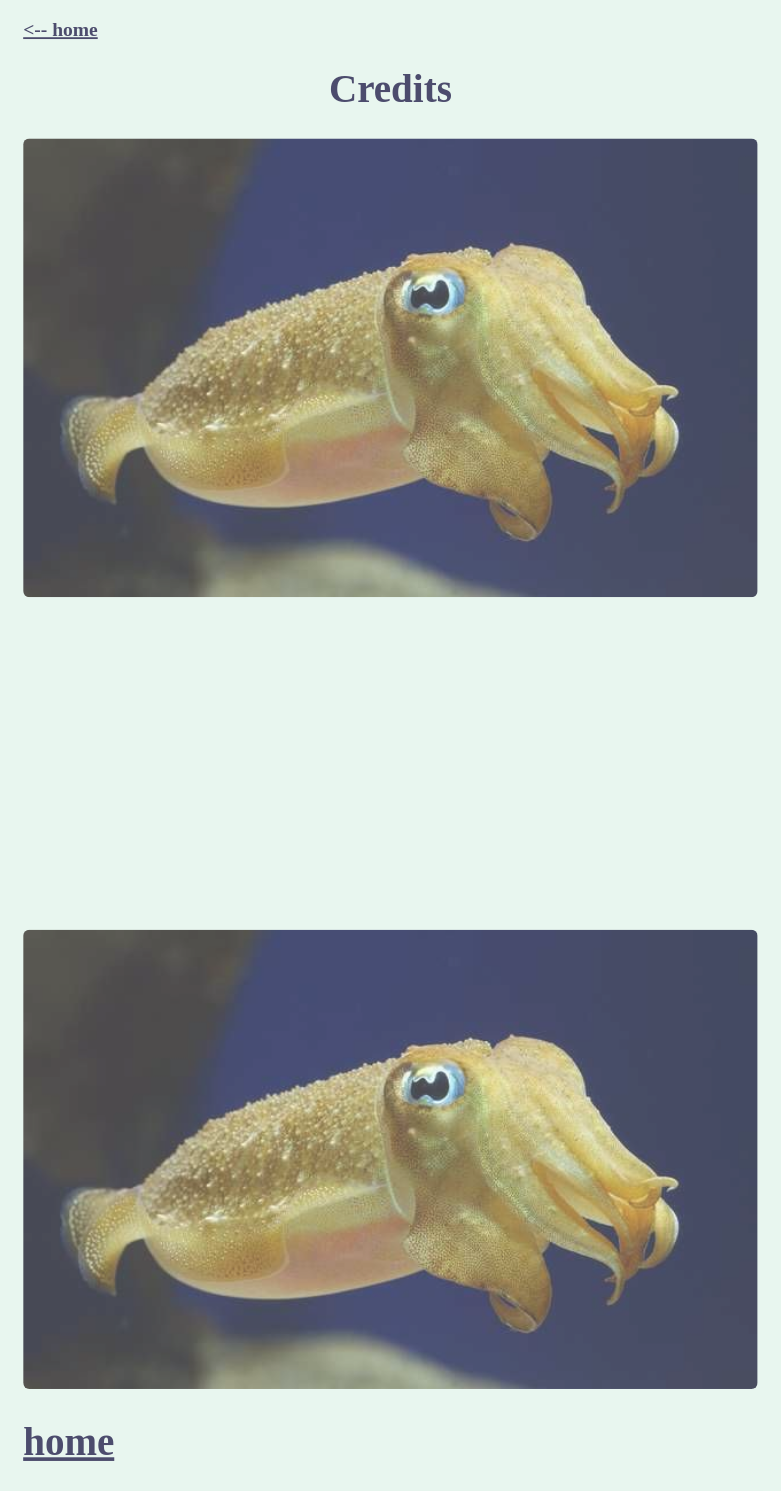
Repository: neomort/comm-lab-vid-site
Page: links.html
The author's editor kept a copy of each file at every save. The page is drawn from the files as they stood at one save, then again after the next save.
The browser window is 1280 px wide. The pictures show the whole page, at 61% of full size.

Above is the page before, as saved 2021-09-23 16:33:49.

After the next save:
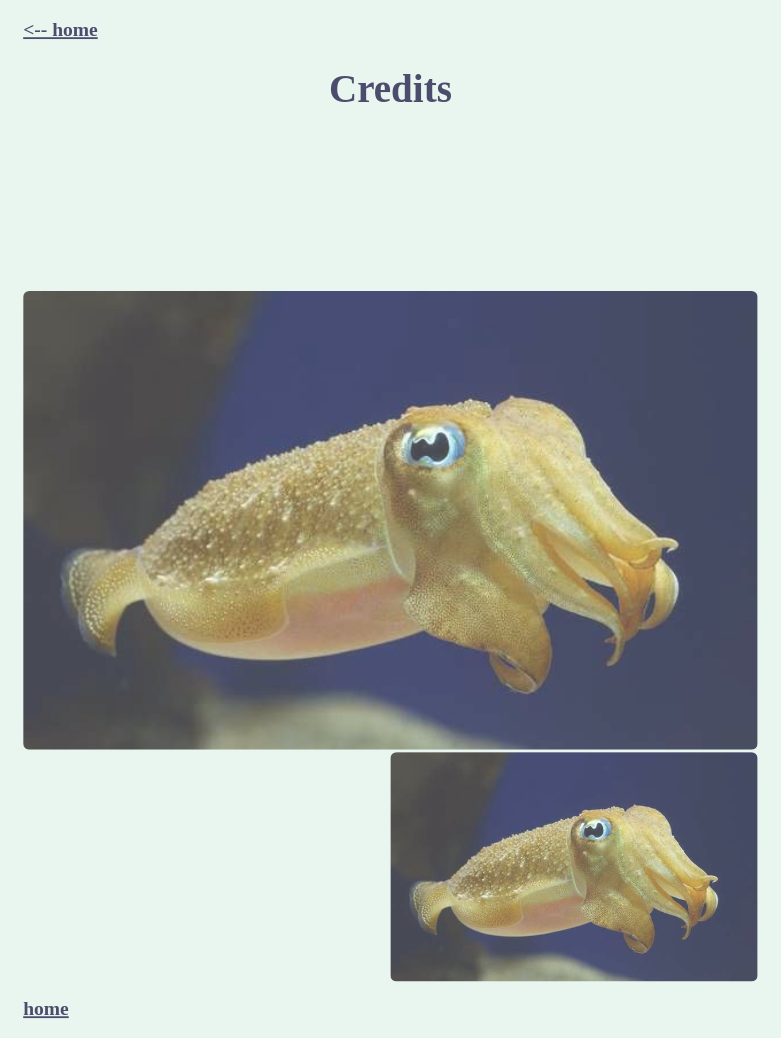
Saved 2 min 42 s later.
--- a/links.html
+++ b/links.html
@@ -11,14 +11,11 @@
     <div class="default-margin">
 
     <a class="text-dark font" href="index.html"><h1><-- home</h1></a>
-  </div>
+
   <div >
     <h1 class="header-text text-dark font">Credits<h1>
     <div class="default-margin">
-      <div class="row">
-        <a class="bar" href="watch.html">
-         <div class="container bar">
-          <img class="image-1" src="images/cuddle.jpg" />
+
           <H1 class="font centered-text text-light show">Creators</H1>
           <div class="row">
                     <div class="column text-dark show">
@@ -41,6 +38,13 @@
       </div>
       </a>
       </div>
+
+      <div class="row">
+        <a class="bar" href="watch.html">
+         <div class="container bar">
+          <img class="image-1" src="images/cuddle.jpg" />
+         </div>
+        </div>
       <div class="row">
       <a class="bar" href="links.html">
         <div class="container">

After the save that followed:
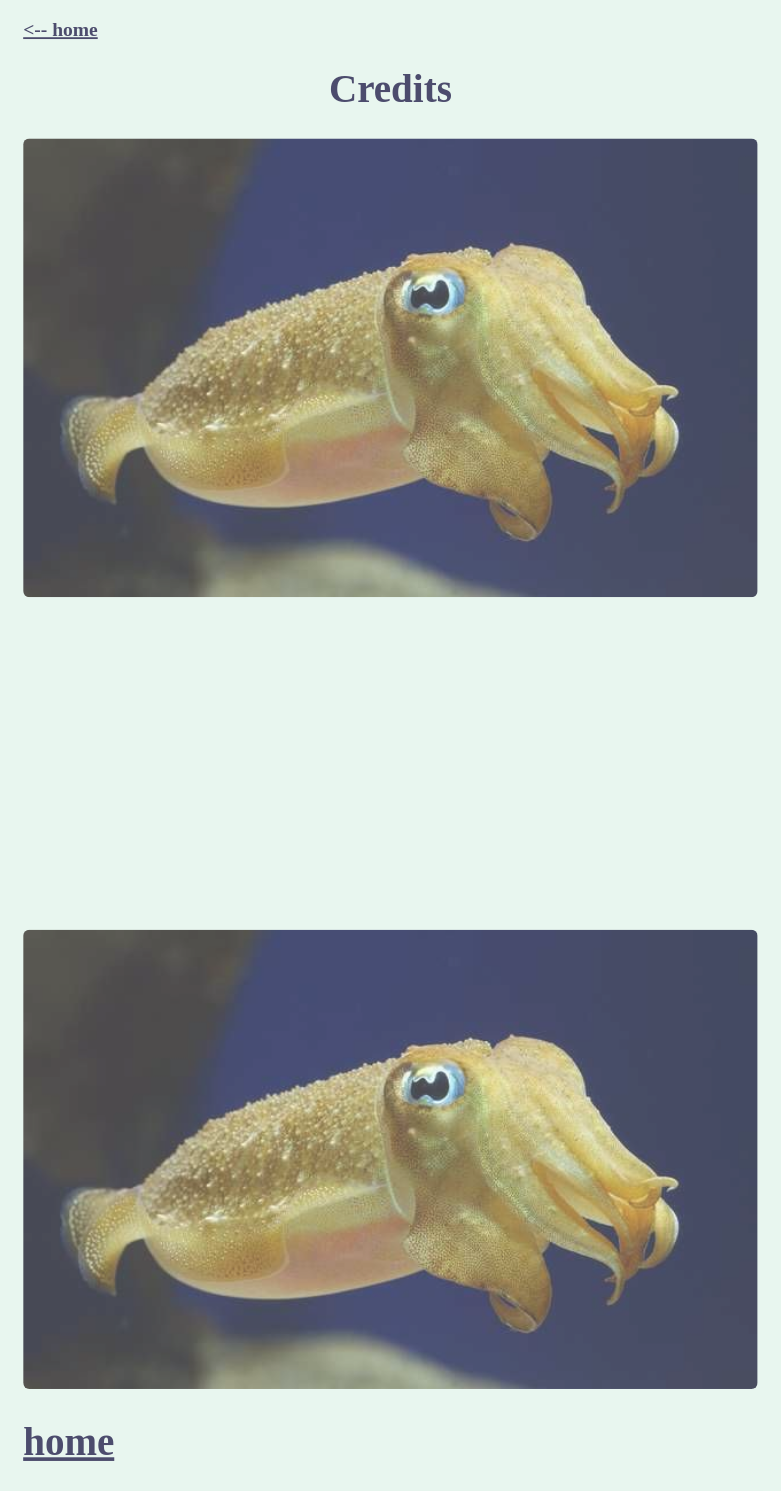
Saved 32 s later.
--- a/links.html
+++ b/links.html
@@ -11,11 +11,14 @@
     <div class="default-margin">
 
     <a class="text-dark font" href="index.html"><h1><-- home</h1></a>
-
+  </div>
   <div >
     <h1 class="header-text text-dark font">Credits<h1>
     <div class="default-margin">
-
+      <div class="row">
+        <a class="bar" href="watch.html">
+         <div class="container bar">
+          <img class="image-1" src="images/cuddle.jpg" />
           <H1 class="font centered-text text-light show">Creators</H1>
           <div class="row">
                     <div class="column text-dark show">
@@ -38,13 +41,6 @@
       </div>
       </a>
       </div>
-
-      <div class="row">
-        <a class="bar" href="watch.html">
-         <div class="container bar">
-          <img class="image-1" src="images/cuddle.jpg" />
-         </div>
-        </div>
       <div class="row">
       <a class="bar" href="links.html">
         <div class="container">
